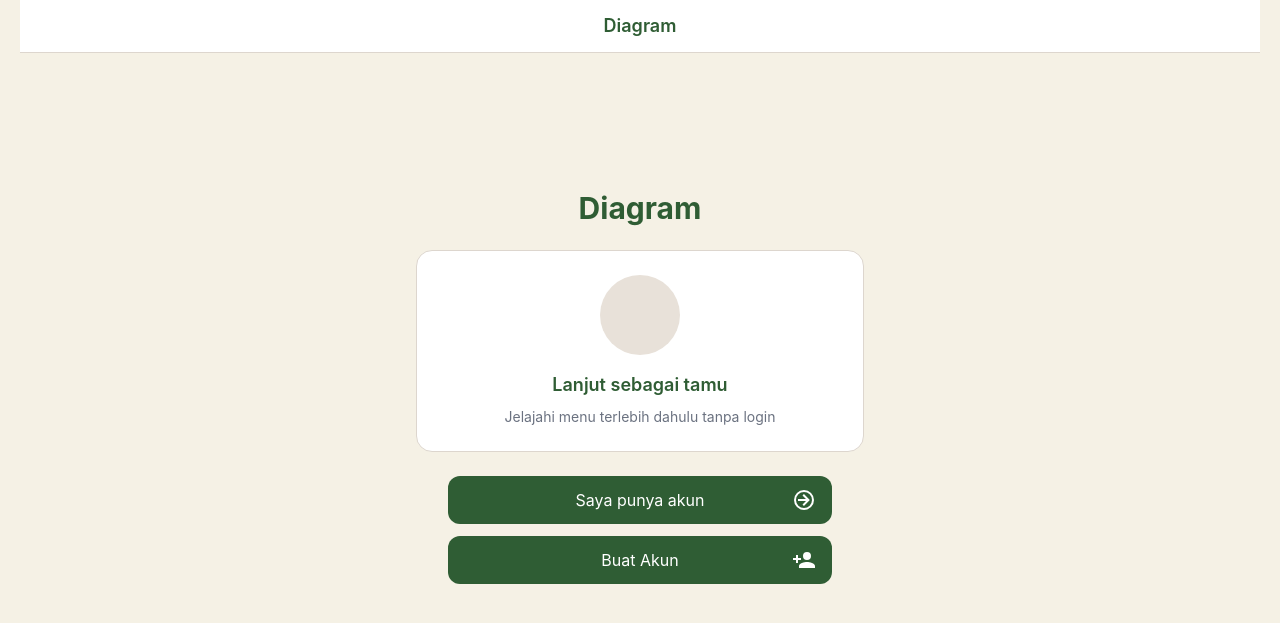
Repository: PajarAland/DiagramCoffee
Page: /
The author's editor kept a copy of each file at every save. The page is drawn from the files as they stood at one save, then again after the next save.
The browser window is 1280 px wide. The pictures show the whole page.
The page's requests for data from a server got no answer. The project was rebuilt for these pictures with package versions that can differ from the ones it lists, and the page was loaded fresh each time. Some packages were replaced by stand-ins written for this rebuild. No one was signed in, and anything a server would have sent is missing. Also part of the build but not shown: vite.config.js, src/pages/Login.jsx, src/pages/Register.jsx, src/pages/Home.jsx, src/auth/ProtectedRoute.jsx.

Above is the page before, as saved 2026-04-26 17:57:12.

### index.html
<!doctype html>
<html lang="en">
  <head>
    <meta charset="UTF-8" />
    <link rel="icon" type="image/svg+xml" href="/favicon.svg" />
    <meta name="viewport" content="width=device-width, initial-scale=1.0" />
    <title>diagramcoffee</title>
  </head>
  <body>
    <div id="root"></div>
    <script type="module" src="/src/main.jsx"></script>
  </body>
</html>

### src/index.css
@tailwind base;
@tailwind components;
@tailwind utilities;

body {
  @apply font-sans;
}

### src/App.jsx
import { BrowserRouter, Routes, Route } from "react-router-dom";
import Landing from "./pages/Landing";
import Login from "./pages/Login";
import Register from "./pages/Register";
import Home from "./pages/Home";
import ProtectedRoute from "./auth/ProtectedRoute";
import { AuthProvider } from "./context/AuthContext";

function App() {
  return (
    <AuthProvider>
      <BrowserRouter>
        <Routes>
          <Route path="/" element={<Landing />} />
          <Route path="/login" element={<Login />} />
          <Route path="/register" element={<Register />} />

          <Route
            path="/home"
            element={
              <ProtectedRoute>
                <Home />
              </ProtectedRoute>
            }
          />
        </Routes>
      </BrowserRouter>
    </AuthProvider>
  );
}

export default App;

### src/pages/Landing.jsx
import { useNavigate } from "react-router-dom";
import { Link } from "react-router-dom";
import Navbar from "../components/ui/Navbar";
import arrowIconWhite from "../assets/mdi--arrow-right-thin-circle-outline-white.svg";
import accountAddWhite from "../assets/mdi--account-add-white.svg";

function Landing() {
  const navigate = useNavigate();

  return (
    <div className="min-h-screen bg-[#F5F1E5] flex flex-col items-center px-5">

  <Navbar title="Diagram" />

  <div className="flex flex-col items-center justify-center flex-1 w-full">

    <h1 className="text-3xl font-bold text-[#2F5D34] mb-6">
      Diagram
    </h1>

    <div className="bg-white rounded-2xl p-6 w-full max-w-md text-center border border-[#DDD6CE]">
      <div className="w-20 h-20 bg-[#E8E1D9] rounded-full mx-auto mb-4"></div>

      <Link to="/homeGuest" className="text-[#2F5D34] text-lg font-semibold hover:underline">
        Lanjut sebagai tamu
      </Link>

      <p className="text-gray-500 text-sm mt-2">
        Jelajahi menu terlebih dahulu tanpa login
      </p>
    </div>

    <button
      onClick={() => navigate("/login")}
      className="mt-6 w-10/12 max-w-sm bg-[#2F5D34] text-white py-3 rounded-xl relative flex items-center justify-center"
    >
      <span className="text-center">Saya punya akun</span>
      <img src={arrowIconWhite} alt="arrow" className="w-6 h-6 absolute right-4" />
    </button>

    <button
      onClick={() => navigate("/register")}
      className="mt-3 w-10/12 max-w-sm bg-[#2F5D34] text-white py-3 rounded-xl relative flex items-center justify-center"
    >
      <span className="text-center">Buat Akun</span>
      <img src={accountAddWhite} alt="account add" className="w-6 h-6 absolute right-4" />
    </button>

  </div>
</div>
  );
}

export default Landing;

### src/context/AuthContext.jsx
import { createContext, useContext, useEffect, useState } from "react";
import API from "../services/api";

const AuthContext = createContext();

export function AuthProvider({ children }) {
  const [user, setUser] = useState(null);
  const [initialized, setInitialized] = useState(false); // penting

  // ambil user sekali saat app start (background)
  const fetchUser = async () => {
    try {
      const res = await API.get("/api/user");
      setUser(res.data.data);
    } catch {
      setUser(null);
    } finally {
      setInitialized(true);
    }
  };

  useEffect(() => {
    fetchUser();
  }, []);

  const refreshUser = async () => {
  try {
    const res = await API.get("/api/user");
    setUser(res.data.data);
  } catch {
    setUser(null);
  } finally {
    setInitialized(true);
  }
};

  const login = (userData) => {
    setUser(userData);
  };

  const logout = async () => {
    await API.post("/api/logout");
    setUser(null);
  };

  return (
    <AuthContext.Provider
      value={{
        user,
        setUser,
        login,
        logout,
        initialized, // status auth selesai dicek
        refreshUser, // fungsi untuk refresh data user
      }}
    >
      {children}
    </AuthContext.Provider>
  );
}

export const useAuth = () => useContext(AuthContext);

### src/components/ui/NavBar.jsx
import { useNavigate } from "react-router-dom";

function Navbar({ title = "Diagram", showBack = false }) {
    const navigate = useNavigate();

    return (
        <div className="w-full bg-white border-b border-[#DDD6CE] px-4 py-3 flex items-center justify-center relative">

        {/* Back button (optional) */}
        {showBack && (
            <button
            onClick={() => navigate(-1)}
            className="absolute left-4 text-[#2F5D34]"
            >
            ←
            </button>
        )}

        {/* Title */}
        <h1 className="text-lg font-semibold text-[#2F5D34]">
            {title}
        </h1>
        </div>
    );
}

export default Navbar;

### src/services/api.js
import axios from "axios";

const API = axios.create({
  baseURL: "http://localhost:8000",
  withCredentials: true,

  headers: {
    Accept: "application/json",
  },
});

// 🔥 INI YANG SELAMA INI KURANG
API.interceptors.request.use((config) => {
  const token = document.cookie
    .split("; ")
    .find(row => row.startsWith("XSRF-TOKEN="))
    ?.split("=")[1];

  if (token) {
    config.headers["X-XSRF-TOKEN"] = decodeURIComponent(token);
  }

  return config;
});

export default API;

### tailwind.config.js
/** @type {import('tailwindcss').Config} */
export default {
  content: [
    "./index.html",
    "./src/**/*.{js,jsx,ts,tsx}",
  ],
  theme: {
    fontFamily: {
      sans: ["Inter", "ui-sans-serif", "system-ui"],
    },
    extend: {},
  },
  plugins: [],
}

Loaded but not shown: src/main.jsx (common file)

After the next save:
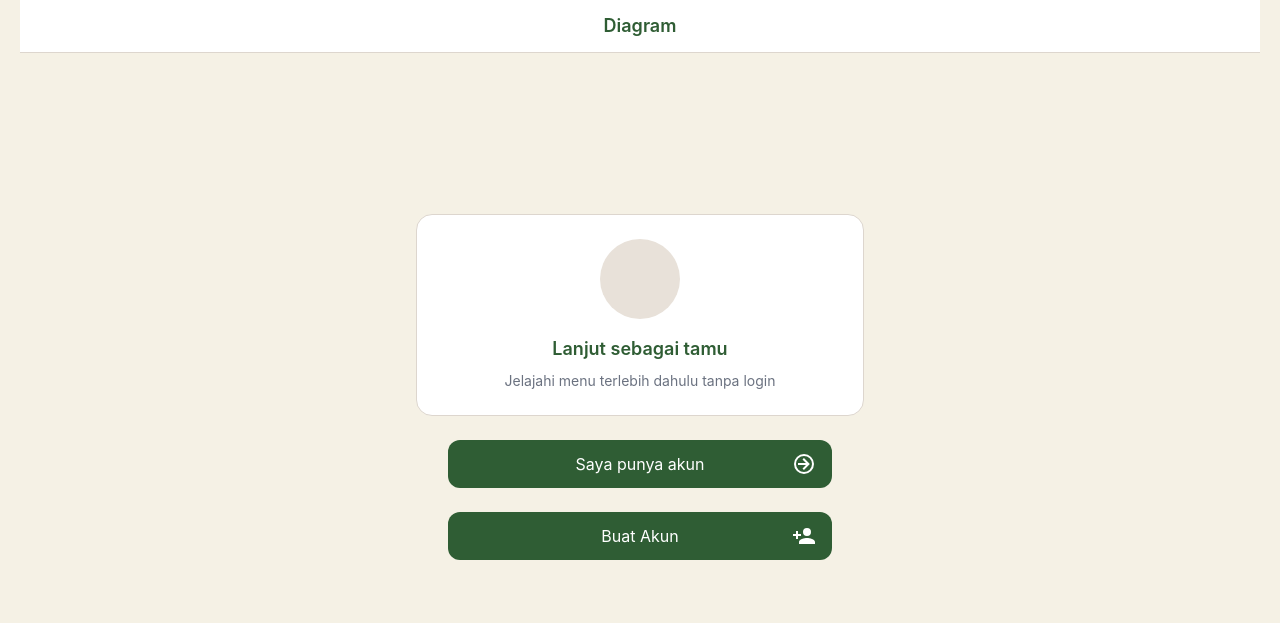
Saved 112 s later.
--- a/src/pages/Landing.jsx
+++ b/src/pages/Landing.jsx
@@ -8,46 +8,63 @@ function Landing() {
   const navigate = useNavigate();
 
   return (
-    <div className="min-h-screen bg-[#F5F1E5] flex flex-col items-center px-5">
+    <div className="min-h-screen bg-[#F5F1E5] flex flex-col items-center justify-center px-5">
 
-  <Navbar title="Diagram" />
+      <Navbar title="Diagram" />
 
-  <div className="flex flex-col items-center justify-center flex-1 w-full">
+      <div className="flex flex-col items-center justify-center flex-1 w-full">
 
-    <h1 className="text-3xl font-bold text-[#2F5D34] mb-6">
-      Diagram
-    </h1>
+        {/* <h1 className="text-3xl font-bold text-[#2F5D34] mb-6">
+          Diagram
+        </h1> */}
 
-    <div className="bg-white rounded-2xl p-6 w-full max-w-md text-center border border-[#DDD6CE]">
-      <div className="w-20 h-20 bg-[#E8E1D9] rounded-full mx-auto mb-4"></div>
+        <div className="bg-white rounded-2xl p-6 w-full max-w-md text-center border border-[#DDD6CE]">
+          <div className="w-20 h-20 bg-[#E8E1D9] rounded-full mx-auto mb-4"></div>
 
-      <Link to="/homeGuest" className="text-[#2F5D34] text-lg font-semibold hover:underline">
-        Lanjut sebagai tamu
-      </Link>
+          <Link to="/homeGuest" className="text-[#2F5D34] text-lg font-semibold hover:underline">
+            Lanjut sebagai tamu
+          </Link>
 
-      <p className="text-gray-500 text-sm mt-2">
-        Jelajahi menu terlebih dahulu tanpa login
-      </p>
+          <p className="text-gray-500 text-sm mt-2">
+            Jelajahi menu terlebih dahulu tanpa login
+          </p>
+        </div>
+
+        {/* <button onClick={() => navigate("/login")} className="mt-6 w-full max-w-md bg-[#2F5D34] text-white py-3 rounded-xl">
+          Saya punya akun
+        </button> */}
+
+        <button
+          onClick={() => navigate("/login")}
+          className="mt-6 w-10/12 max-w-sm bg-[#2F5D34] text-white py-3 rounded-xl relative flex items-center justify-center"
+        >
+          <span className="text-center">Saya punya akun</span>
+
+          <img
+            src={arrowIconWhite}
+            alt="arrow"
+            className="w-6 h-6 absolute right-4"
+          />
+        </button>
+
+        {/* <button onClick={() => navigate("/register")} className="mt-3 w-full max-w-md bg-[#446D48] text-white py-3 rounded-xl">
+          Buat Akun
+        </button> */}
+
+        <button
+          onClick={() => navigate("/register")}
+          className="mt-6 w-10/12 max-w-sm bg-[#2F5D34] text-white py-3 rounded-xl relative flex items-center justify-center"
+        >
+          <span className="text-center">Buat Akun</span>
+
+          <img
+            src={accountAddWhite}
+            alt="account add"
+            className="w-6 h-6 absolute right-4"
+          />
+        </button>
+      </div>
     </div>
-
-    <button
-      onClick={() => navigate("/login")}
-      className="mt-6 w-10/12 max-w-sm bg-[#2F5D34] text-white py-3 rounded-xl relative flex items-center justify-center"
-    >
-      <span className="text-center">Saya punya akun</span>
-      <img src={arrowIconWhite} alt="arrow" className="w-6 h-6 absolute right-4" />
-    </button>
-
-    <button
-      onClick={() => navigate("/register")}
-      className="mt-3 w-10/12 max-w-sm bg-[#2F5D34] text-white py-3 rounded-xl relative flex items-center justify-center"
-    >
-      <span className="text-center">Buat Akun</span>
-      <img src={accountAddWhite} alt="account add" className="w-6 h-6 absolute right-4" />
-    </button>
-
-  </div>
-</div>
   );
 }
 
